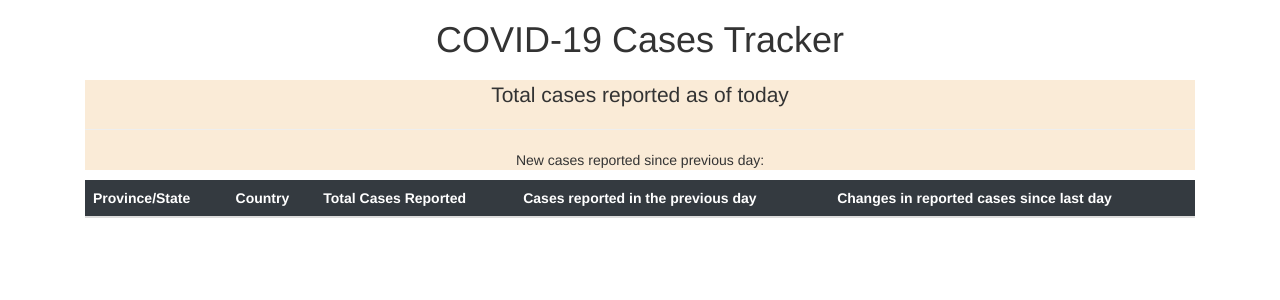
Repository: kimjuneyoung5/Bootcamp-Java
Page: http://localhost/CovidTrackingApp/WEB-INF/cases.jsp
An editor plug-in stored every save of this project. The page is shown before and after the next save, followed by the edit.
The browser window is 1280 px wide. The pictures show the whole page.
The page is served by Tomcat 9. Nobody is signed in. Other server files are loaded and not shown. The template is opened directly, without the code that normally fills it, so the values that code supplies are empty.

Above is the page before, as saved 2021-10-02 06:06:18.

### oop/CovidTrackingApp/src/main/webapp/WEB-INF/cases.jsp
<%@ page language="java" contentType="text/html; charset=UTF-8"
    pageEncoding="UTF-8"%>
<%@ taglib prefix="c" uri="http://java.sun.com/jsp/jstl/core" %>
<%@ taglib prefix="fmt" uri="http://java.sun.com/jsp/jstl/fmt" %>
<%@ taglib prefix="form" uri="http://www.springframework.org/tags/form"%>
<%@ page isErrorPage="true" %>
<!DOCTYPE html>

<html xmlns:th="http://www.thymeleaf.org">

<head>
    <title>COVID-19 Cases Tracker</title>
    <meta http-equiv="Content-Type" content="text/html; charset=UTF-8" />
    <link rel="stylesheet" href="https://stackpath.bootstrapcdn.com/bootstrap/4.4.1/css/bootstrap.min.css" integrity="sha384-Vkoo8x4CGsO3+Hhxv8T/Q5PaXtkKtu6ug5TOeNV6gBiFeWPGFN9MuhOf23Q9Ifjh" crossorigin="anonymous">
    <link rel="stylesheet"
		href="https://maxcdn.bootstrapcdn.com/bootstrap/3.3.7/css/bootstrap.min.css" />
    <style>
    	.container{
    		text-align:center;
    	}
    	.container1{
    		text-align:center;
    		background-color: antiquewhite;
    	}
    	.display{
    		line-height:1.2;
    	}
    	.line{
    		margin-top:1.5rem!important;
    	}
    </style>
</head>

<body>
<div class="container">
<h1>COVID-19 Cases Tracker</h1>

	<div class="container1">
    	<h1 class="display"><c:out value="${totalReportedCases}"/></h1>
    	<p class="lead">Total cases reported as of today</p>
    	<hr class="line">
    	<p>
        	<span>New cases reported since previous day:</span>
        	<span><c:out value="${totalNewCases}" /></span>
    	</p>
	</div>
    <table class="table table-dark">
    	<thead>
        	<tr>
            	<th>Province/State</th>
            	<th>Country</th>
            	<th>Total Cases Reported</th>
            	<th>Cases reported in the previous day</th>
            	<th>Changes in reported cases since last day</th>
        	</tr>
        </thead>
        <tbody>
        	<c:forEach var="casesStat"  items="${casesStats}">
        		<tr>
        			<c:if test="${casesStat.provinceState == ''}">
            			<td><c:out value="${casesStat.countryRegion}"/></td>
            		</c:if>
            		<c:if test="${casesStat.provinceState != ''}">
            			<td><c:out value="${casesStat.provinceState}"/></td>
            		</c:if>
            		<td><c:out value="${casesStat.countryRegion}"/></td>
            		<td><c:out value="${casesStat.latestTotalCases}"/></td>
            		<td><c:out value="${casesStat.prevDayCases}"/></td>
            		<td><c:out value="${casesStat.diffFromPrevDay}"/></td>
        		</tr>
        	</c:forEach>
        </tbody>
    </table>
</div>
</body>
</html>

After the next save:
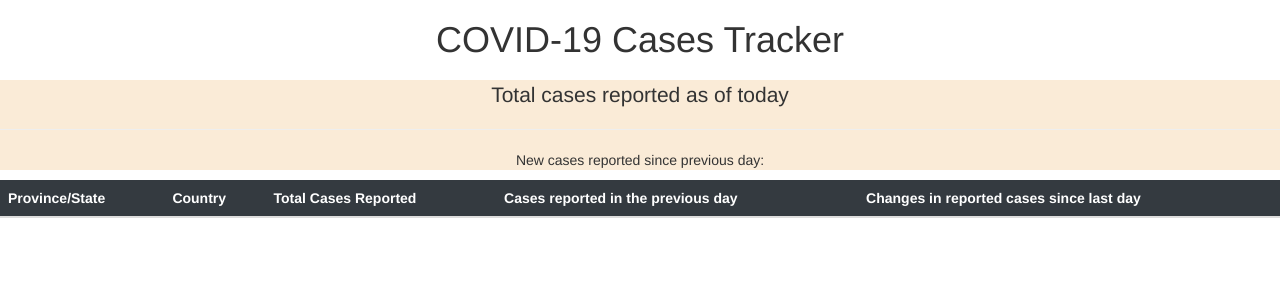
Saved 22 s later.
--- a/oop/CovidTrackingApp/src/main/webapp/WEB-INF/cases.jsp
+++ b/oop/CovidTrackingApp/src/main/webapp/WEB-INF/cases.jsp
@@ -15,7 +15,7 @@
     <link rel="stylesheet"
 		href="https://maxcdn.bootstrapcdn.com/bootstrap/3.3.7/css/bootstrap.min.css" />
     <style>
-    	.container{
+    	.container2{
     		text-align:center;
     	}
     	.container1{
@@ -32,7 +32,7 @@
 </head>
 
 <body>
-<div class="container">
+<div class="container2">
 <h1>COVID-19 Cases Tracker</h1>
 
 	<div class="container1">

After the save that followed:
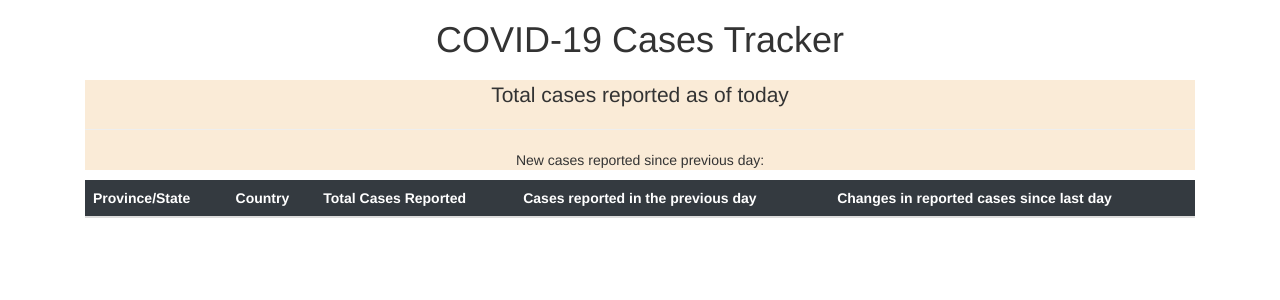
Saved 12 s later.
--- a/oop/CovidTrackingApp/src/main/webapp/WEB-INF/cases.jsp
+++ b/oop/CovidTrackingApp/src/main/webapp/WEB-INF/cases.jsp
@@ -15,7 +15,7 @@
     <link rel="stylesheet"
 		href="https://maxcdn.bootstrapcdn.com/bootstrap/3.3.7/css/bootstrap.min.css" />
     <style>
-    	.container2{
+    	.container{
     		text-align:center;
     	}
     	.container1{
@@ -32,7 +32,7 @@
 </head>
 
 <body>
-<div class="container2">
+<div class="container">
 <h1>COVID-19 Cases Tracker</h1>
 
 	<div class="container1">
